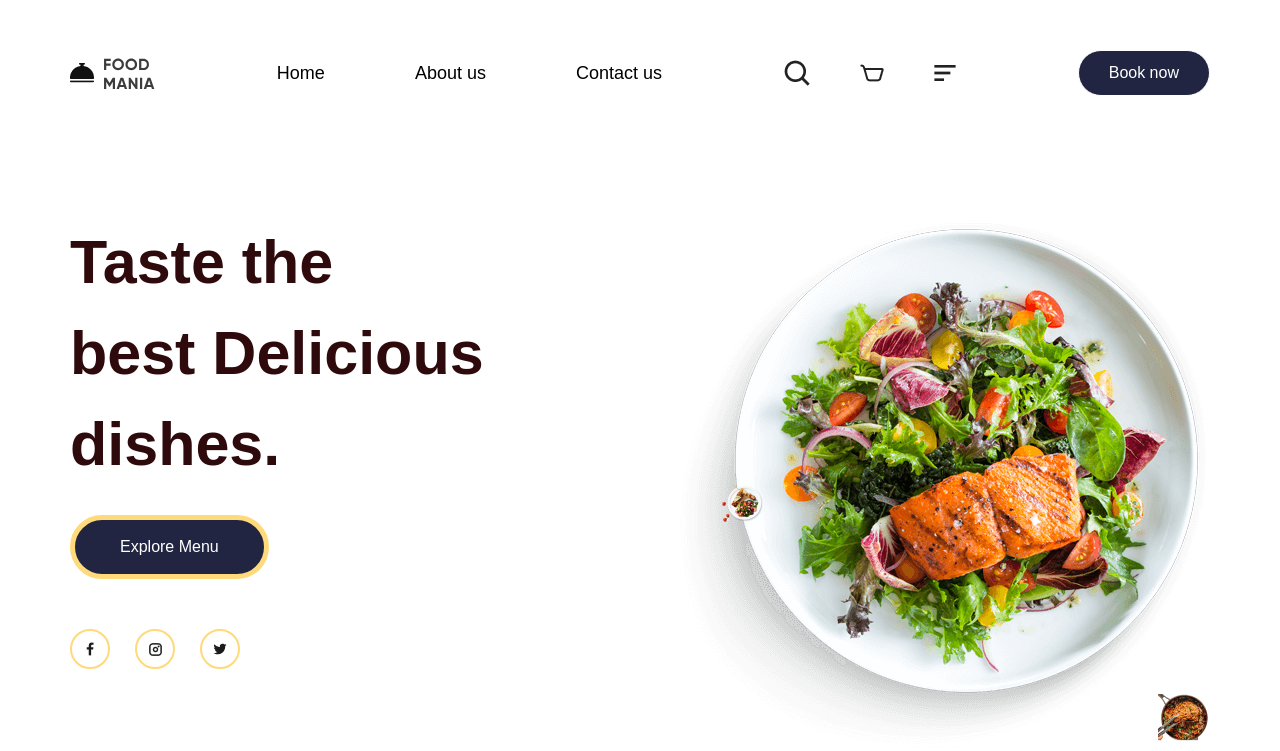
Repository: hoang0508/Figmafood
Page: index.html
An editor plug-in stored every save of this project. The page is shown before and after the next save, followed by the edit.
The browser window is 1280 px wide. The pictures show the whole page.
The style sheet was rebuilt from its Sass, Less or Tailwind sources for each picture, by a compiler version that may differ from the author's.

Above is the page before, as saved 2021-11-08 09:56:23.

After the next save:
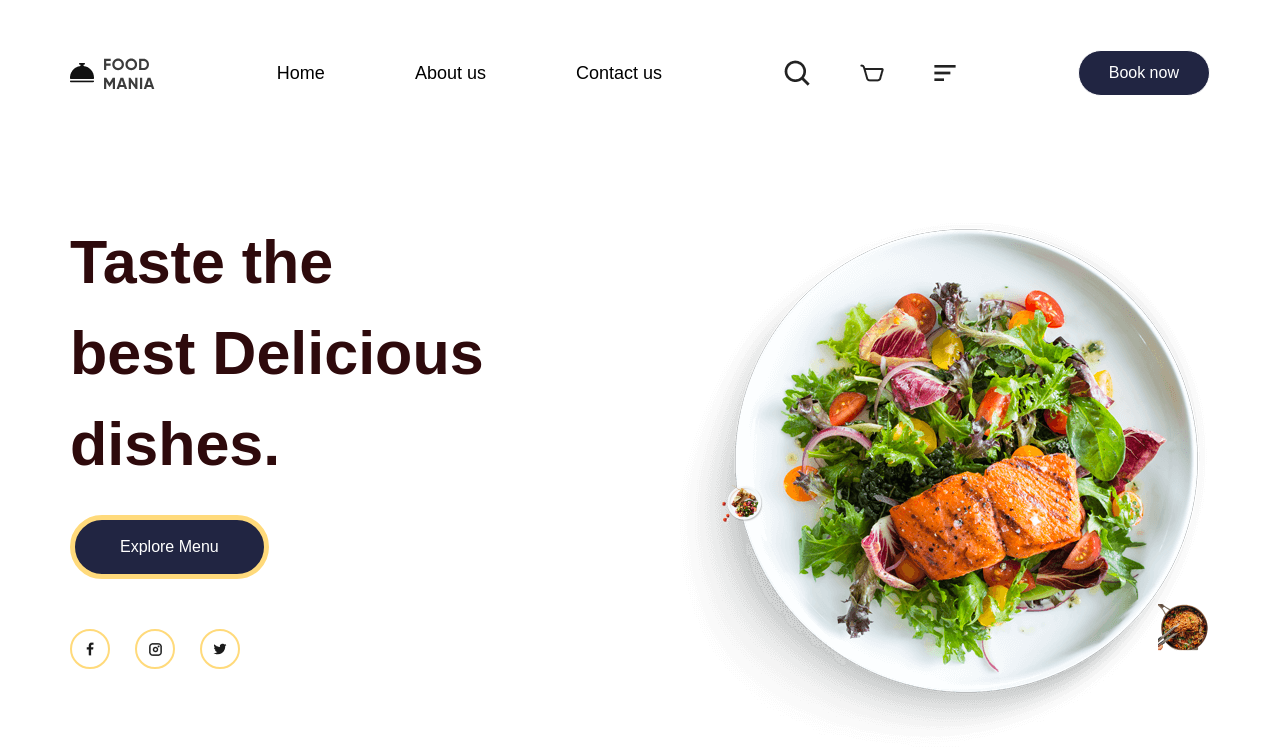
Saved 5 s later.
--- a/sass/_hero.scss
+++ b/sass/_hero.scss
@@ -44,7 +44,7 @@
   }
   &-image--small-bottom {
     position: absolute;
-    bottom: 10px;
+    bottom: 100px;
     right: 0;
   }
 }
